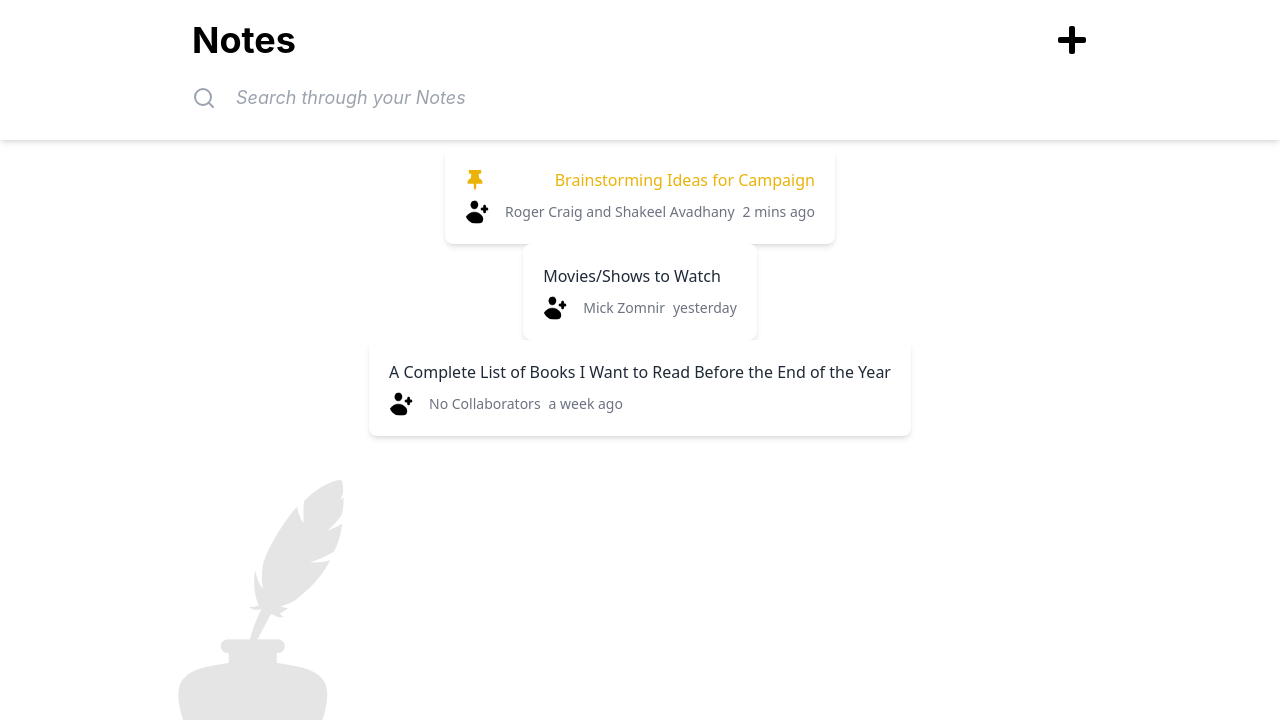
Repository: shabiasaeed/Notes-app
Page: /
These files come from the project's save history. The page is drawn as it stood at one moment and after the next save; the edit follows.
The browser window is 1280 px wide. The pictures show the whole page.
The project was rebuilt for these pictures with package versions that can differ from the ones it lists, and the page was loaded fresh each time. Also part of the build but not shown: src/components/Header.css, src/components/Note.css, src/App.css.

Above is the page before, as saved 2025-01-01 18:29:17.

### src/App.js
import React, { useState } from 'react';
import Header from './components/Header';
import Note from './components/Note';
import './App.css';
import backgroundInk from './assets/ink-background-element.png';

//Component to handle the rendering of the header and note compnents
function App() {
  // Displaying few static notes
  const [notes, notesList] = useState([
    {
      title: "Brainstorming Ideas for Campaign",
      author: "Roger Craig and Shakeel Avadhany",
      time: "2 mins ago",
      pinned: true
    },
    {
      title: "Movies/Shows to Watch",
      author: "Mick Zomnir",
      time: "yesterday",
      pinned: false
    },
    {
      title: "A Complete List of Books I Want to Read Before the End of the Year",
      author: "No Collaborators",
      time: "a week ago",
      pinned: false
    }
  ]);

  function handleDelete(title){
    notesList(notes.filter( note => note.title !== title))
  }

  function handlePinToggle(title){
    notesList(prevNotes => prevNotes.map(note => note.title === title ? { ...note, pinned: !note.pinned } : note));
  };

  // Search state
  const [searchNotes, setSearchNotes] = useState('');

  // Filter notes based on search
  const filteredNotes = notes.filter(note => note.title.toLowerCase().includes(searchNotes.toLowerCase()));

  // Pinned notes to appear at the top
  const sortedNotes = filteredNotes.sort((a, b) => b.pinned - a.pinned);

  return (
    <div className="App">
      <Header setSearchNotes={setSearchNotes}/>
      <main className="p-2 relative flex flex-col items-center font-sans">
        <img src={backgroundInk} alt="Ink Element" className="fixed top-2/3 right-2/3 transform -translate-x-1/2 z-[-1] w-26"/>
        {sortedNotes.map((note, index) => (
          <Note key={index} title={note.title} author={note.author} time={note.time} pinned={note.pinned} onDelete={handleDelete} onPinToggle={handlePinToggle}/>
        ))}
      </main>
    </div>
  );
}

export default App;

### src/components/Header.js
import React from 'react';
import './Header.css';
import addButton from '../assets/add-button.png';
import { FiSearch } from 'react-icons/fi';
import { FaPlus } from 'react-icons/fa';


// Component to handle the display of the application's header section
const Header = ({ setSearchNotes }) => {
  return (
    <header className="p-5 bg-white flex flex-col items-center shadow-md">
      <div className="flex items-center justify-between w-full max-w-4xl">
        <h1 className="text-4xl font-bold text-black">Notes</h1>
        <FaPlus className="w-8 h-8 cursor-pointer"/>
      </div>
      <div className="flex items-center w-full max-w-4xl mt-4">
        <FiSearch className="w-6 h-6 text-gray-400 mr-3" />
        <input type="text" placeholder="Search through your Notes" className="flex-grow border-none outline-none p-2 text-lg italic placeholder-gray-400" onChange={(e) => setSearchNotes(e.target.value)}/>
      </div>
    </header>
  );
};

export default Header;

### src/components/Note.js
import React, { useState } from 'react';
import './Note.css';
import userIcon from '../assets/user-icon.png';
import { FiTrash } from 'react-icons/fi';
import { FaThumbtack } from 'react-icons/fa';
import { TbPinned } from 'react-icons/tb';

//Component to handle the display of the note's section
const Note = ({ title, author, time, pinned, onDelete, onPinToggle }) => {
  const [isHovered, setIsHovered] = useState(false); //State for checking whether the note is hovered


  return (
    <div className="p-5 rounded-lg bg-white shadow-md hover:shadow-lg flex flex-col gap-2 cursor-pointer" onMouseEnter={() => setIsHovered(true)} onMouseLeave={() => setIsHovered(false)}>
      <div className={`flex justify-between items-center ${pinned ? 'text-yellow-500' : 'text-gray-800'}`}>
      {pinned ? (<FaThumbtack className="w-5 h-5 cursor-pointer" onClick={() => onPinToggle(title)}/>) : (isHovered && (<TbPinned className="w-5 h-5 cursor-pointer" onClick={() => onPinToggle(title)}/>))}
        <h2>{title}</h2>
        {isHovered && (<FiTrash className="w-5 h-5 text-red-500 cursor-pointer" onClick={() => onDelete(title)}/>)}
      </div>
      <div className="flex items-center gap-2 text-sm text-gray-500">
        <img src={userIcon} alt="User" className="w-6 h-6 rounded-full mr-2"/>
        <p>{author}</p>
        <span>{time}</span>
      </div>
    </div>
  );
};

export default Note;

Loaded but not shown: public/index.html (common file); src/index.js (common file); src/index.css (common file); src/reportWebVitals.js (common file); tailwind.config.js (common file)

After the next save:
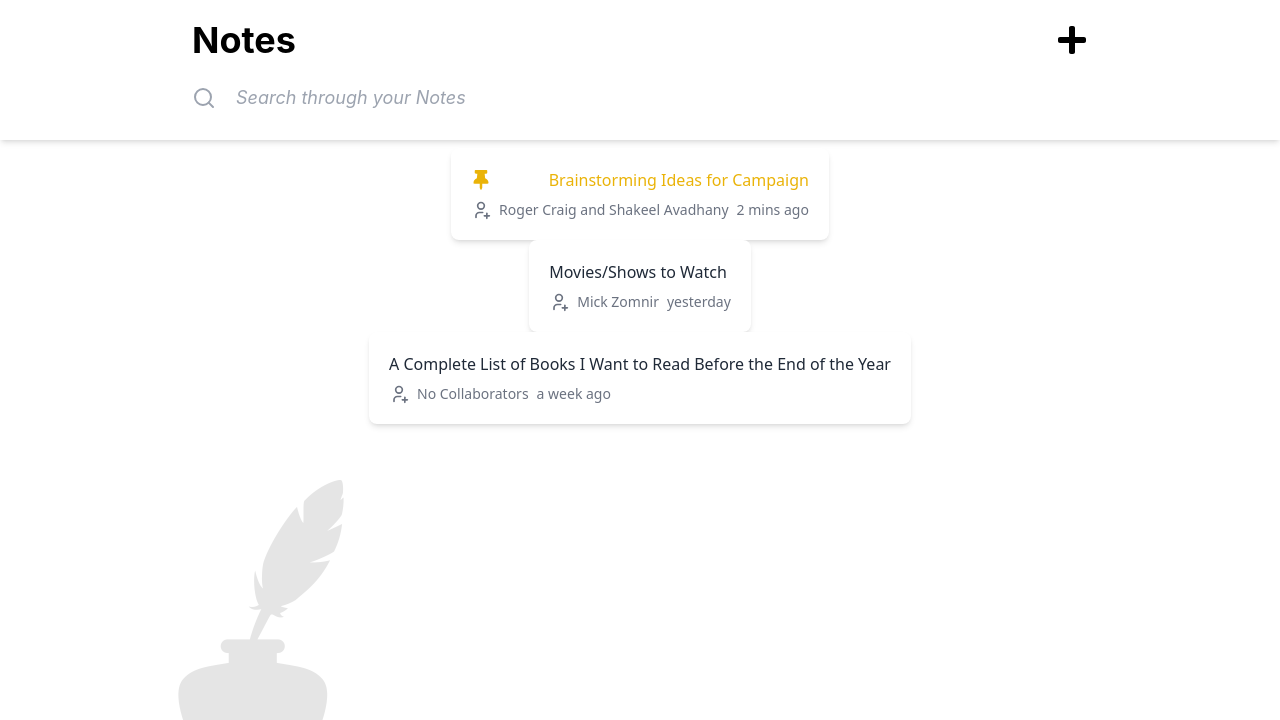
Saved 77 s later.
--- a/src/components/Note.js
+++ b/src/components/Note.js
@@ -4,6 +4,7 @@ import userIcon from '../assets/user-icon.png';
 import { FiTrash } from 'react-icons/fi';
 import { FaThumbtack } from 'react-icons/fa';
 import { TbPinned } from 'react-icons/tb';
+import { TbUserPlus } from 'react-icons/tb';
 
 //Component to handle the display of the note's section
 const Note = ({ title, author, time, pinned, onDelete, onPinToggle }) => {
@@ -18,7 +19,7 @@ const Note = ({ title, author, time, pinned, onDelete, onPinToggle }) => {
         {isHovered && (<FiTrash className="w-5 h-5 text-red-500 cursor-pointer" onClick={() => onDelete(title)}/>)}
       </div>
       <div className="flex items-center gap-2 text-sm text-gray-500">
-        <img src={userIcon} alt="User" className="w-6 h-6 rounded-full mr-2"/>
+        <TbUserPlus className="w-5 h-5 cursor-pointer" />
         <p>{author}</p>
         <span>{time}</span>
       </div>
